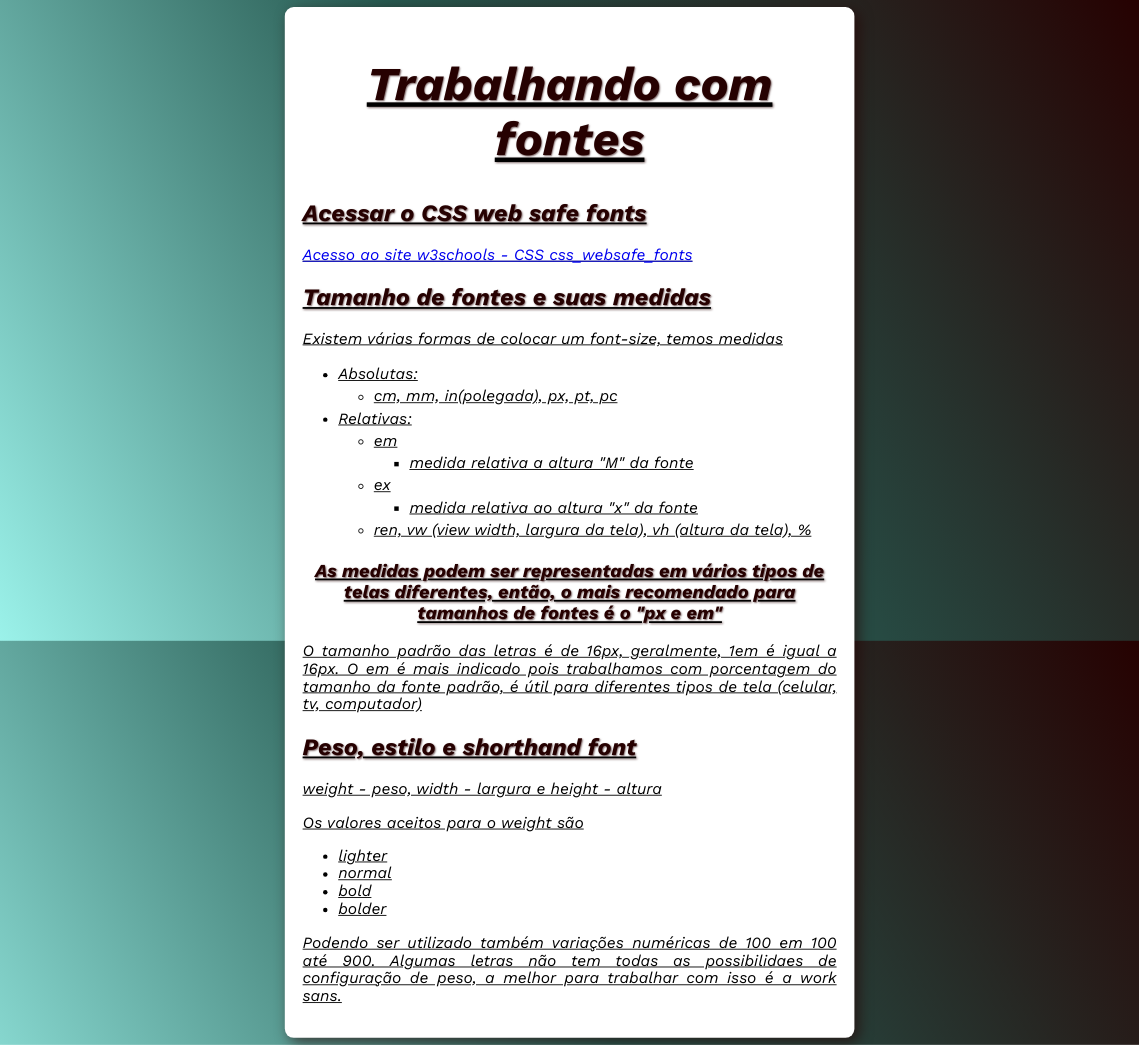
Repository: Willcmorais/vscode-workspace
Page: html-css/curso-em-video/modulo02/estudos/ex022-trab-fontes/fontes.html
These files come from the project's save history. The page is drawn as it stood at one moment and after a run of saves; the edit follows.
The browser window is 1280 px wide. The pictures show the whole page, at 89% of full size.
Backgrounds fixed to the window are drawn as part of the page.

Above is the page before, as saved 2024-09-18 21:19:57.

### html-css/curso-em-video/modulo02/estudos/ex022-trab-fontes/fontes.html
<!DOCTYPE html>
<html lang="pt-br">

<head>
    <meta charset="UTF-8">
    <meta name="viewport" content="width=device-width, initial-scale=1.0">
    <link rel="stylesheet" href="style.css">
    <title>Fontes em CSS</title>
    <style>
        @import url('https://fonts.googleapis.com/css2?family=Work+Sans:ital,wght@0,100;0,200;0,300;0,400;0,500;0,600;0,700;0,800;0,900;1,100;1,200;1,300;1,400;1,500;1,600;1,700;1,800;1,900&display=swap');

        body {
            font-size: 1.1em;
            /*para negrito*/
            font-weight: 400;
            /*para italico*/
            font-style: italic;
            /*sublinhar*/
            text-decoration: underline;
        }

        h1 {
            font-family: 'Work Sans';
            font-weight: bolder;
            font-size: 3em;
            font-style: italic;
        }

        div {
            /*distancia entre linhas*/
            line-height: 25px;
        }
    </style>

</head>

<body>

</body>
<main>
    <h1>Trabalhando com fontes</h1>
    <h2>Acessar o CSS web safe fonts</h2>
    <a target="_blank" rel="content" href="https://www.w3schools.com/csSref/css_websafe_fonts.php">Acesso ao site
        w3schools - CSS css_websafe_fonts</a>
    <h2>Tamanho de fontes e suas medidas</h2>
    <p>Existem várias formas de colocar um font-size, temos medidas</p>
    <div class="list1">
        <ul>
            <li>Absolutas:</li>
            <ul>
                <li>cm, mm, in(polegada), px, pt, pc</li>
            </ul>
            <li>Relativas:</li>
            <ul>
                <li>em <ul>
                        <li>medida relativa a altura "M" da fonte</li>
                    </ul>
                </li>
                <li>ex <ul>
                        <li>medida relativa ao altura "x" da fonte</li>
                    </ul>
                </li>
            </ul>
            <ul>
                <li>ren, vw (view width, largura da tela), vh (altura da tela), %</li>
            </ul>
        </ul>
    </div>
    <h3>As medidas podem ser representadas em vários tipos de telas diferentes, então, o mais recomendado para tamanhos
        de fontes é o "px e em"</h3>
    <p>O tamanho padrão das letras é de 16px, geralmente, 1em é igual a 16px. O em é mais indicado pois trabalhamos com
        porcentagem do tamanho da fonte padrão, é útil para diferentes tipos de tela (celular, tv, computador)</p>
    <h2>Peso, estilo e shorthand font</h2>
    <p>weight - peso, width - largura e height - altura</p>
    <p>Os valores aceitos para o weight são</p>
    <ul>
        <li>lighter</li>
        <li>normal</li>
        <li>bold</li>
        <li>bolder</li>
    </ul>
    <p>Podendo ser utilizado também variações numéricas de 100 em 100 até 900. Algumas letras não tem todas as
        possibilidaes de configuração de peso, a melhor para trabalhar com isso é a work sans.</p>

</main>

</html>

### html-css/curso-em-video/modulo02/estudos/ex022-trab-fontes/style.css
@charset "utf8";

* {
    /*safe combination, ele usa a primeira letra q achar*/
    font-family: 'Work Sans';
}

body {
    background-image: linear-gradient(-120deg, #260101, #275950, #9BF2EA);
    background-attachment: fixed;
}

img {
    /* As imagens são inline por padrão, então precisamos torná-las block */
    display: block;
    /* Centraliza horizontalmente */
    margin: 0 auto;
}

main {
    background-color: white;
    /*arredonda as bordas*/
    border-radius: 10px;
    /*1 parametro é o lado da sombra, 2 é para baixo, 3 é o quanto espalha e 4 o quanto de transparência tem(ou cor)*/
    box-shadow: 5px 5px 15px rgba(38, 1, 1, 0.619);
    /*largura do recorte*/
    width: 600px;
    /*distancia das bordas com o conteúdo*/
    padding: 20px;
    /*altera automaticamente a margem para o centro da tela*/
    margin: auto;
}

h1 {
    text-align: center;
    color: #260101;
    /*mesmos parametros para o box-shadow*/
    text-shadow: 1px 1px 2px rgba(38, 1, 1, 0.615);
}

h2 {
    color: #260101;
    text-shadow: 1px 1px 2px rgba(38, 1, 1, 0.615);
}

h3 {
    text-align: center;
    color: #260101;
    text-shadow: 1px 1px 2px rgba(38, 1, 1, 0.615);
}

p {
    text-align: justify;
}

After the next 3 saves:
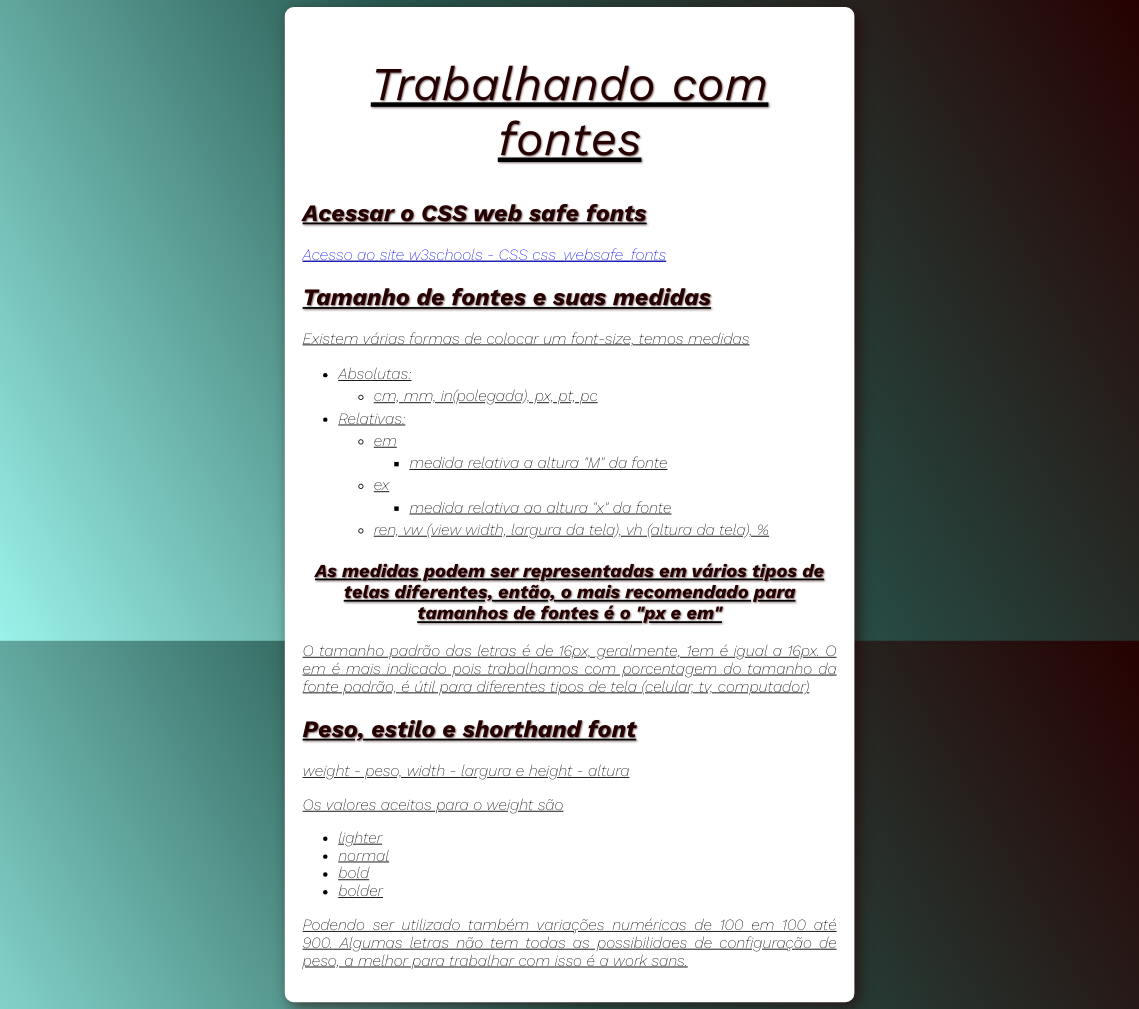
The 3 saves are shown as one change because they came seconds apart.
The last was saved 8 s later.
--- a/html-css/curso-em-video/modulo02/estudos/ex022-trab-fontes/fontes.html
+++ b/html-css/curso-em-video/modulo02/estudos/ex022-trab-fontes/fontes.html
@@ -12,7 +12,7 @@
         body {
             font-size: 1.1em;
             /*para negrito*/
-            font-weight: 400;
+            font-weight: 200;
             /*para italico*/
             font-style: italic;
             /*sublinhar*/
